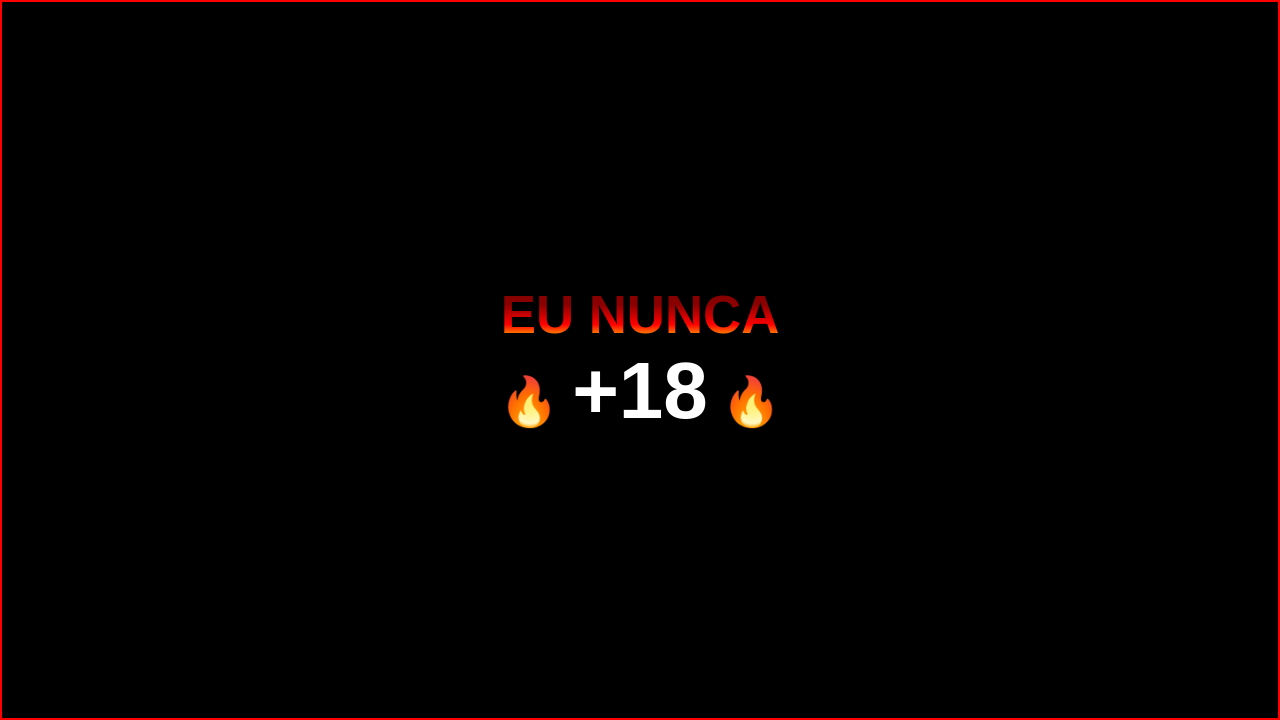
Repository: odiloalmeida/inever
Page: index.html
These files come from the project's save history. The page is drawn as it stood at one moment and after the next save; the edit follows.
The browser window is 1280 px wide. The pictures show the whole page.

Above is the page before, as saved 2023-01-31 22:25:18.

After the next save:
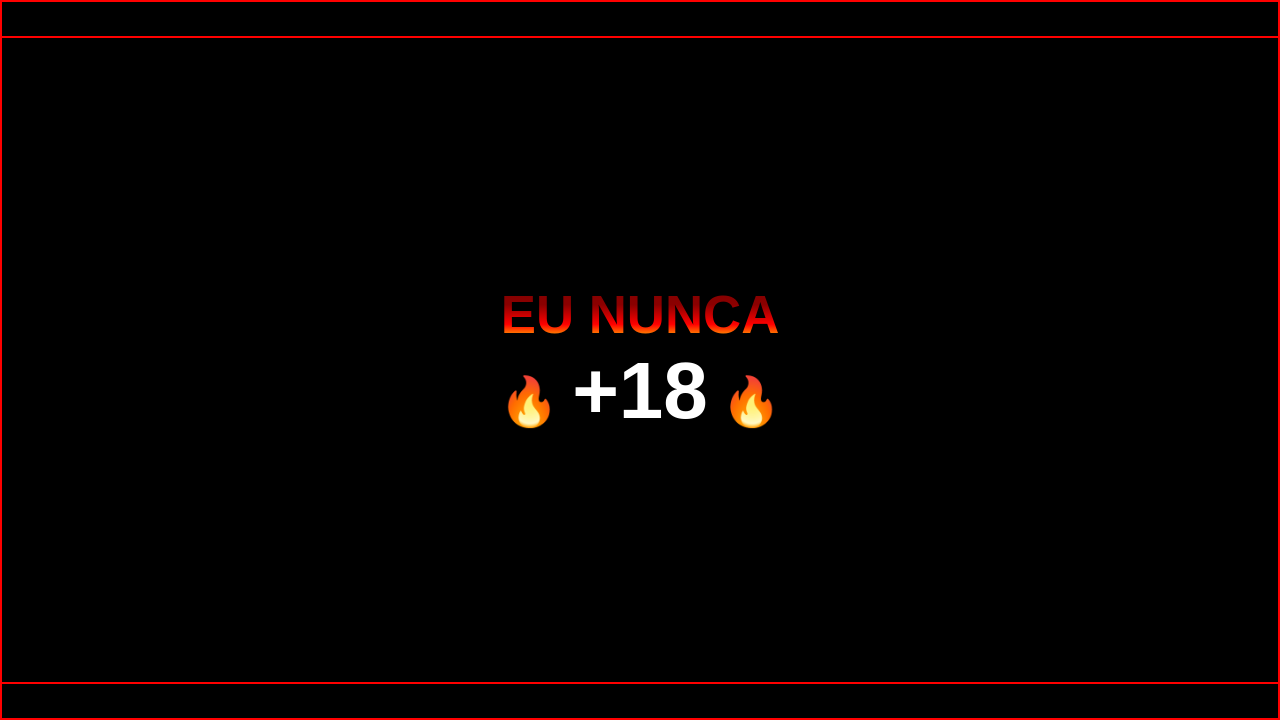
Saved 15 s later.
--- a/style.css
+++ b/style.css
@@ -19,7 +19,7 @@ button {
     background-color: transparent;
     height: 90vh;
     width: 100vw;
-    border: none;
+    border: red 2px solid;
     font-weight: bold;
     font-size: 3rem;
     padding: 5px;
